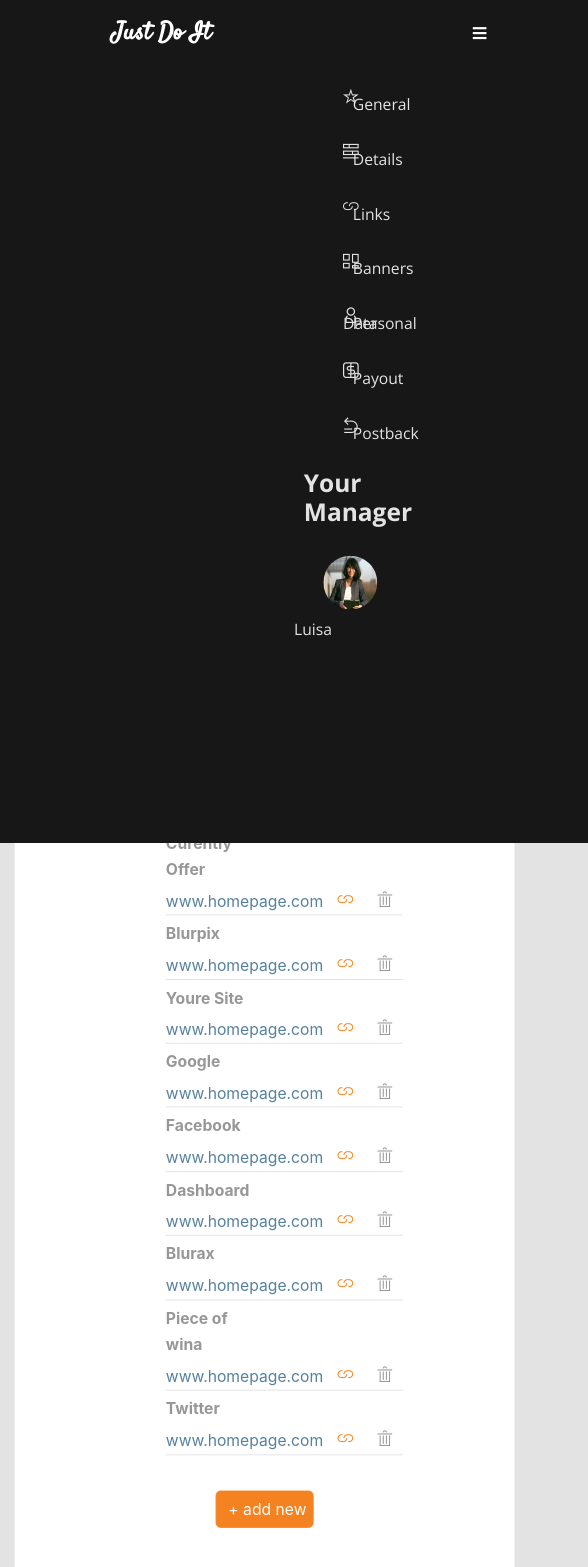
Repository: OllaWilk/wwwJustDoIt
Page: index.html
An editor plug-in stored every save of this project. The page is shown before and after the next save, followed by the edit.
The browser window is 600 px wide. The pictures show the whole page, at 98% of full size.
After loading, the first visible `#hamburger` was clicked once.
Some web libraries are served in a nearby version. The style sheet was rebuilt from its Sass, Less or Tailwind sources for each picture, by a compiler version that may differ from the author's.

Above is the page before, as saved 2019-12-25 18:58:55.

### index.html
<!DOCTYPE html>
<html lang=”en”>
    <head>
        <meta charset=”utf-8”>
        <meta name="viewport" content="width=device-width, initial-scale=1.0">
        <meta http-equiv="X-UA-Compatible" content="ie=edge">
        <meta name="description" content="Projekt indywidualny z kursu Kodilla">
        <meta name="keywords" content="kodilla, indiwidual, project">
        <title>Just Do It - soloProject</title>
            <link href="https://use.fontawesome.com/releases/v5.7.2/css/all.css" rel="stylesheet">
            <link href="https://fonts.googleapis.com/css?family=Open+Sans:400,400i,700|Satisfy&display=swap&subset=latin-ext" rel="stylesheet">
            <link rel="stylesheet" href="https://stackpath.bootstrapcdn.com/bootstrap/4.1.3/css/bootstrap.min.css" integrity="sha384-MCw98/SFnGE8fJT3GXwEOngsV7Zt27NXFoaoApmYm81iuXoPkFOJwJ8ERdknLPMO" crossorigin="anonymous">
            <link rel="stylesheet" href="css/style.css">
            <link rel="stylesheet" href="vendor/css/Glyphter.css">
        </head>

    <body>
        <nav class = "navigation">
            <div class = "navigationWraper">
                <div class  ="navigationTop">
                    <h1 class = "logo">Just Do It</h1>
                    <i id="hamburger" class="fas fa-bars"></i>
                </div>
                <div = class="navigationWraperMobile">
                    <ul>
                        <li><i id="start" class="icon-general"></i><a class="menuButon" href="index.html">General</a></li>
                        <li><i id="details" class="icon-details"></i><a class="menuButon" href="index.html">Details </a></li>
                        <li><i id="links" class="icon-links"></i><a class="menuButon" href="index.html">Links</a></li>
                        <li><i id="banners" class="icon-banners"></i><a class="menuButon" href="index.html">Banners</a></li>
                        <li><i id="personal data" class="icon-personaldata"></i><a class="menuButon" href="index.html">Personal Data</a></li>
                        <li><i id="payout" class="icon-payout"></i><a class="menuButon" href="index.html">Payout</a></li>
                        <li><i id="postback" class="icon-postback"></i><a class="menuButon" href="index.html">Postback</a></li>
                    </ul>
                    <div class = "menagoImg">
                        <h2>Your Manager</h2>
                        <a class="menuButon" href = "index.html">
                            <img src="images/business-woman-746766_1920.jpg">
                        </img>Luisa</a>
                    </div>
                </div>
            </div>
        </nav>

        <div class= "topMenu">
            <div class = "topMenuWrapper">
                <div class= "iconsTopMenu">
                    <i id="wallet" class="icon-wallet"></i>
                    <h3>$ 1,5000</h3>
                    <i id="arrowDown" class="icon-arrow-down-small"></i>
                </div>
                <div class= "iconsTopMenu">
                    <i id="notification" class="icon-notification"></i>
                </div>
                <div class= "iconsTopMenu">
                    <i id="profile" class="icon-profile"></i>
                    <p>Jan Kowalski</p>
                </div>
                <div class= "iconsTopMenu">
                    <i id="start" class="icon-quit"></i>
                </div>
            </div>
        </div>

        <section class = "container">
            <div class = "section  mainPage">
                <h2  class="title">General Statistics</h2>
                <div class="dates">
                    <div class="datesConteiner">
                        <div class="dateStart">12.11.2019</div>
                        <div class="dateEnd">15.11.2019 </div>
                        <i id="calendar" class="icon-calendar"></i>
                    </div>
                    <a href="index.html" id="refresh" class="btnRefrsh btn icon-refresh"></a>
                </div>
                <div class="statistic">
                    <div class="legendWrap">
                        <table>
                            <tr>
                              <td class="visitSignups">
                                <h3>Visit signups</h3>
                                <p>124</p>
                              </td>
                              <td class="netDeposit">
                                <h3>Net deposit</h3>
                                <p>564</p>
                              </td>
                            </tr>
                            <tr>
                              <td class="FTD">
                                <h3>FTD</h3>
                                <p>445</p>
                              </td>
                              <td class="turnOver">
                                <h3>Turn over</h3>
                                <p>435</p>
                              </td>
                            </tr>
                        </table>
                    </div>
                    <canvas id="myChart"></canvas>
                </div>
            </div>

            <div class = "section links">
                <h2  class="title">Links</h2>
                <div class="btnWraper">
                    <a href="index.html" id="refresh" class="btn btnAddNew">+ add new</a>
                </div>
                <div class = "linkWraper">
                    <ul>
                        <li>
                            <p>Home Page</p>
                            <a href="index.html">www.homepage.com</a>
                            <i id="start" class="colorLinks icon-links"></i>
                            <i id="start" class="icon-trash"></i>
                        </li>
                        <li>
                            <p>Curently Offer</p>
                            <a href="index.html">www.homepage.com</a>
                            <i id="start" class="colorLinks icon-links"></i>
                            <i id="start" class="icon-trash"></i>
                        </li>
                        <li>
                            <p>Blurpix</p>
                            <a href="index.html">www.homepage.com</a>
                            <i id="start" class="colorLinks icon-links"></i>
                            <i id="start" class="icon-trash"></i>
                        </li>
                        <li>
                            <p>Youre Site</p>
                            <a href="index.html">www.homepage.com</a>
                            <i id="start" class="colorLinks icon-links"></i>
                            <i id="start" class="icon-trash"></i>
                        </li>
                        <li>
                            <p>Google</p>
                            <a href="index.html">www.homepage.com</a>
                            <i id="start" class="colorLinks icon-links"></i>
                            <i id="start" class="icon-trash"></i>
                        </li>
                        <li>
                            <p>Facebook</p>
                            <a href="index.html">www.homepage.com</a>
                            <i id="start" class="colorLinks icon-links"></i>
                            <i id="start" class="icon-trash"></i>
                        </li>
                        <li>
                            <p>Dashboard</p>
                            <a href="index.html">www.homepage.com</a>
                            <i id="start" class="colorLinks icon-links"></i>
                            <i id="start" class="icon-trash"></i>
                        </li>
                        <li>
                            <p>Blurax</p>
                            <a href="index.html">www.homepage.com</a>
                            <i id="start" class="colorLinks icon-links"></i>
                            <i id="start" class="icon-trash"></i>
                        </li>
                        <li>
                            <p>Piece of wina</p>
                            <a href="index.html">www.homepage.com</a>
                            <i id="start" class="colorLinks icon-links"></i>
                            <i id="start" class="icon-trash"></i>
                        </li>
                        <li>
                            <p>Twitter</p>
                            <a href="index.html">www.homepage.com</a>
                            <i id="start" class="colorLinks icon-links"></i>
                            <i id="start" class="icon-trash"></i>
                        </li>
                    </ul>

                </div>
                <div class="btnWraper">
                    <a href="index.html" id="refresh" class="btn btnAddNew">+ add new</a>
                </div>
            </div>
        </section>

        <script src="https://cdnjs.cloudflare.com/ajax/libs/Chart.js/2.4.0/Chart.min.js"></script>
        <script src="js/script.js"></script>
    </body>
</html>

### js/script.js
const hamburgerMenuLeft = document.getElementById('hamburger');
const mobileMenu = document.querySelector('.navigationWraperMobile');

hamburger.addEventListener('click', function(){
    mobileMenu.classList.toggle('active');
});

var ctx = document.getElementById('myChart').getContext('2d');

var chart = new Chart(ctx, {
    // 1
    type: 'bar',
    data: {
        // 2
        labels: ["01", "02", "03", "04", "05", "06", "07", "08", "09", "10"],
        // 3
        datasets: [{
            // 4
            label: "Signups",
            // 5
            backgroundColor: '#8DBEC8',
            borderColor: '#8DBEC8',
            // 6
            data: [ 52, 51, 41, 94, 26, 6, 72, 9, 21, 88 ],
        },
        {
            label: "FTD",
            backgroundColor: '#F29E4E',
            borderColor: '#F29E4E',
            data: [ 6, 72, 1, 0, 47, 11, 50, 44, 63, 76 ],
        },
        {
            label: "Earned",
            backgroundColor: '#71B374',
            borderColor: '#71B374',
            data: [ 59, 49, 68, 90, 67, 41, 13, 38, 48, 48 ],
            // 7
            hidden: true,
        }]
    },
});

### sass/style.scss
/*importy styli*/
@import "variables";
@import "mixins";

@import "normalize";
@import "layout";

@import "sections/leftNavigtation";
@import "sections/topUserMenu";

@import "pages/mainPage";
@import "pages/links";
@import "components/mediaQuery";

### sass/_variables.scss
/*stałe graficzne*/
/*colors*/
$color-dark: #171717;
$color-light: #ffffff;
$color-buttonGreyDark: #979797;
$color-buttonGreyLight: #bbbbbb;
$color-buttonDisable: #e4e4e4;
$color-background: #E3E3E3;
$color-buttonOrangeDark: #F58220;
$color-buttonOrangeLight: #FFA200;
$color-onlineButton: #04AE00;
$color-notificationClicked: #74B67A;
$color-notificationUnclicked: #96CC9B;
$color-buttonNegativeClicked: #DE5252;
$color-buttonNegativeUnclicked: #EC7171;
$color-links: #56819F;
$color-strongRed: #FF0000;

/*font sizes*/

$paragraph-font-size: 16px;

/*fonts*/
$logo: 'Satisfy', cursive;
$brand-font: "Open Sans", Helvetica, Arial;
$default-font: 'Roboto', sans-serif;

### sass/_mixins.scss
/*buttons*/
.btn {
  display: inline-block;
  border-radius: 5px;
  font-size: 16px;
  text-align: center;
  text-decoration: none;
  cursor: pointer;
  border: 1px solid $color-buttonOrangeDark;
  background-color: $color-buttonOrangeDark;
  color: $color-light;
  width: 100px;
  &:hover {
    background-color: $color-light;
    color: $color-buttonGreyDark;
    border: 1px solid $color-buttonGreyDark;
  }
}


.btnRefrsh {
  width: 40px;
  height: 40px;
  margin: 20px;
}

@mixin flex-center {
  display: flex;
  justify-content: center;
}

/*links*/

### sass/_layout.scss
/*Global*/
html {
    box-sizing: border-box;
}

*, *::before, *::after {
    box-sizing: inherit;
}

body {
    margin: 0;
    background-color: $color-background;
    font-size: 16px;
    line-height: 1.7;
    display: flex;
}

.container {
    width: calc(100% - 240px); //NIE DZIAŁA DLACZEGO?
    top: 70px;
    left: 240px;
    position: absolute;
    z-index: -1;
}

.section {
    background-color: $color-light;
    //width: 141%; //tu musi być 141% bo szerokość kontenera nie mogę zmienić
}

### sass/sections/_leftNavigtation.scss
.navigation {
    width: 240px;
    height: 100vh;
    position: fixed;
    background-color: $color-dark;
    color: $color-light;
    padding: 10px;

}

.navigationWraper {
    font-family: $brand-font;
    ul {
        font-size: 16px;
        list-style-type: none;
        color: $color-background;
        li {
            margin: 20px 0px;
            padding:10px;
            &:hover {
                border-left: 4px solid $color-buttonOrangeDark;
            }
        }
    }
}

.navigationTop {
    display: flex;
    align-items: baseline;
    i {
        opacity: 0;
        cursor: none;
    }
}

.logo {
    font-family: $logo;
    font-size: 25px;
    font-weight: 600;
    margin: 10px auto;
}

.menuButon {
    color: $color-background;
    font-family: $brand-font;
    font-size: 16px;
    margin: 0 10px;
    text-decoration: none;
    &:hover {
        color: $color-background;
        text-decoration: none;
    }
}

.menagoImg {
    h2 {
        font-size: 25px;
        font-weight: 600;
        color: $color-background;
        margin: 25px 0 10px 10px;
    }
    a {
        img {
            border-radius: 50%;
            height: 55px;
            width: 55px;
            margin: 20px;
        }

    }
}

### sass/sections/_topUserMenu.scss
.topMenu {
    background-color: $color-light;
    width: calc(100% - 240px);
    height: 50px;
    margin-left: 240px;
    position: fixed;
}

.topMenuWrapper {
    display: flex;
    float: right;
    width: auto;
    margin: 5px 10px;
}

.iconsTopMenu {
    display: flex;
    align-items: baseline;
    border-left: 2px solid $color-background;
    padding: 10px 20px 0 20px;
    i {
        display:inline-block;
    }
    h3 {
        font-size: 20px;
        margin: 0 10px;
        font-weight: bold;
        font-family: $default-font;
    }
    p{
        font-size: 16px;
        margin: 0 10px;
        font-family: $default-font;
    }
}

/*UWAGI
inny krótszy zapisz gdzie p z 52 linijki html jest zamienione na h3: nie działa :first-child a działa :last-child

.iconsTopMenu {
    display: flex;
    align-items: baseline;
    border-left: 2px solid $color-background;
    padding: 10px 20px 0 20px;
    i {
        display:inline-block;
    }
    h3 {
        font-size: 16px;
        margin: 0 10px;
        font-weight: bold;
        :first-child{
            font-weight: bold;
        }
    }
}

*/

### sass/pages/_mainPage.scss
.title {
    color: $color-buttonGreyDark;
    font-weight: 550;
    font-size: 25px;
    border-bottom: 2px solid $color-background;
    padding: 12px;
    margin: 0 20px;
}

//Daty

.dates {
    display: flex;
    justify-content: center;
    padding: 20px 30px;
    align-items: baseline;
    border-bottom: 1px solid $color-background;
}

.datesConteiner {
    padding: 5px 10px;
    border: 1px solid $color-background;
    border-radius: 2px;
    display: flex;
    align-items: baseline;
    div {
        border-right: 1px solid $color-background;
        padding-left: 20px;
        padding-right: 40px;
        font-size: 16px;
    }
    i {
        color: $color-background;
        padding-left: 5px;
    }
}

.legendWrap {
    table {
      margin: 20px auto;
      width: 70%;
      border-spacing: 25px; //dlaczego nie działasz?
      tr {
        td {
          position: relative;
          padding: 0;
          border-bottom: 3px solid $color-background;
          width: auto;
          h3, p {
            display: inline;
            font-family: $brand-font;
            font-size: 16px;
            font-weight: bold;
            color: $color-buttonGreyDark;
            padding-right:  30px;
          }
          p {
            position: absolute;
            right: 0;
            margin: 0;
            font-weight: 500;
          }
        }
      }
    }
  }

### sass/pages/_links.scss

//Linki
.links {
    margin-top: 20px;
    padding-bottom: 20px;
}

.btnWraper {
    display: flex;
    justify-content: center;
}

.btnAddNew {
    margin: 20px;

}

.linkWraper {
    font-size: 16px;
    color: $color-buttonGreyDark;
    display: flex;
    justify-content: center;
    ul {
        li {
            display: flex;
            align-items: baseline;
            border-bottom: 1px solid $color-background;
            &:hover {
                background-color: $color-background;
            }
            p {
                font-weight: bold;
                margin: 5px 0;
                width: 320px;
            }
        }
    }
    a {
        color: $color-links;
        text-decoration: none;
        width: 320px;
    }
    i {
        margin: 0 10px;
    }
}

.colorLinks {
    color: $color-buttonOrangeDark;
    margin-left: 320px;
}

### sass/components/_mediaQuery.scss
@media (max-width: 750px) {
    /*topUserMenu*/
    .topMenu {
        margin: auto;
        z-index: -1;
    }

    .topMenuWrapper {
        display: none;
    }

    /*leftNavigationMenu*/

    .navigation  {
        width: 100%;
        height: auto;
    }

    .navigationTop {
        justify-content: space-around;
        z-index: 1;
        i {
            opacity: 1;
            font-size: 16px;
            margin-left: 70px;
            cursor: pointer;
            &:hover {
                color: $color-buttonOrangeDark;
            }
        }
    }

    .logo {
        margin: 10px;
    }

    .navigationWraperMobile {
        display: none;
        width: 100%;
    }

    .navigationWraperMobile.active {
        display: block;
        position: fixed;
        right: 0;
        height: 100%;
        background-color: $color-dark;
        z-index: 1;
        line-height: 0;
        padding: 0 50%;
        ul {

            li{

            }
        }
    }

    .container {
        left: 0;
        width: 100%;
        top: 90px;
    }

    .linkWraper {
        width: 100%;
        ul {
            li {
            display: block;
            p {
                width: 100px;
            }
            }
        }
    }
}

Loaded but not shown: vendor/css/Glyphter.css (common file); sass/_normalize.scss (common file)

After the next save:
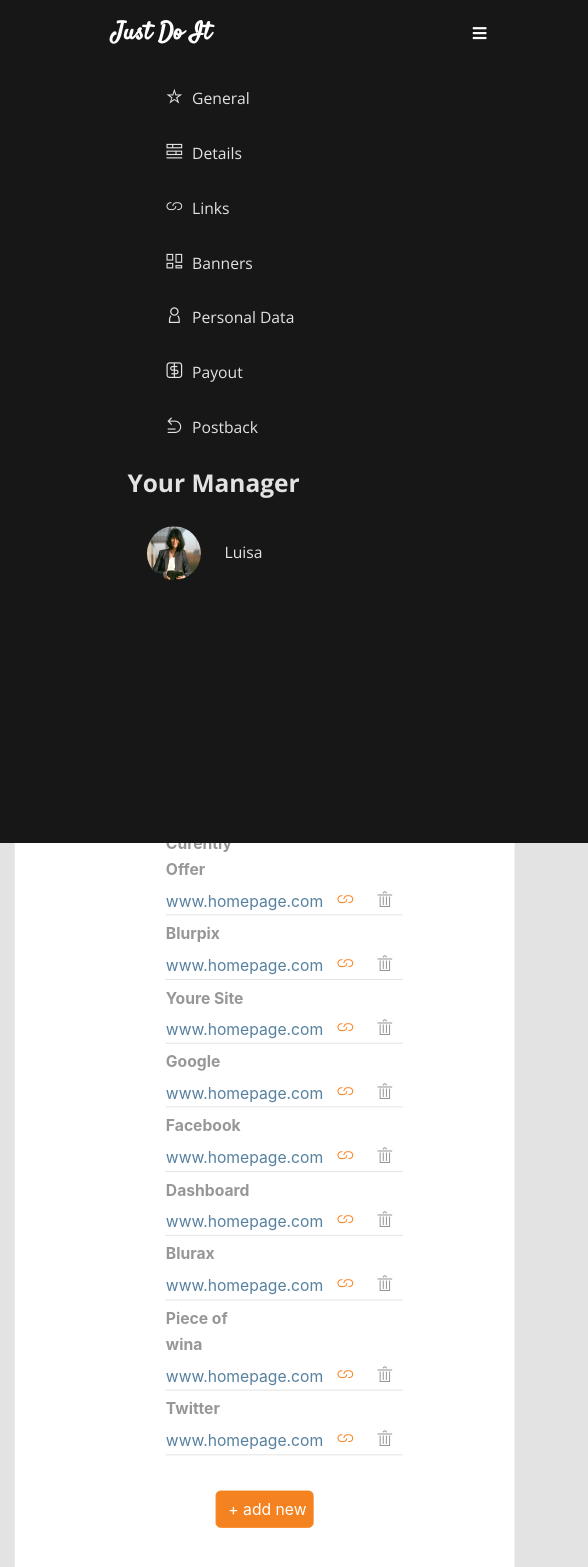
Saved 14 s later.
--- a/sass/components/_mediaQuery.scss
+++ b/sass/components/_mediaQuery.scss
@@ -47,7 +47,7 @@
         background-color: $color-dark;
         z-index: 1;
         line-height: 0;
-        padding: 0 50%;
+        padding: 0 120px;
         ul {
 
             li{
